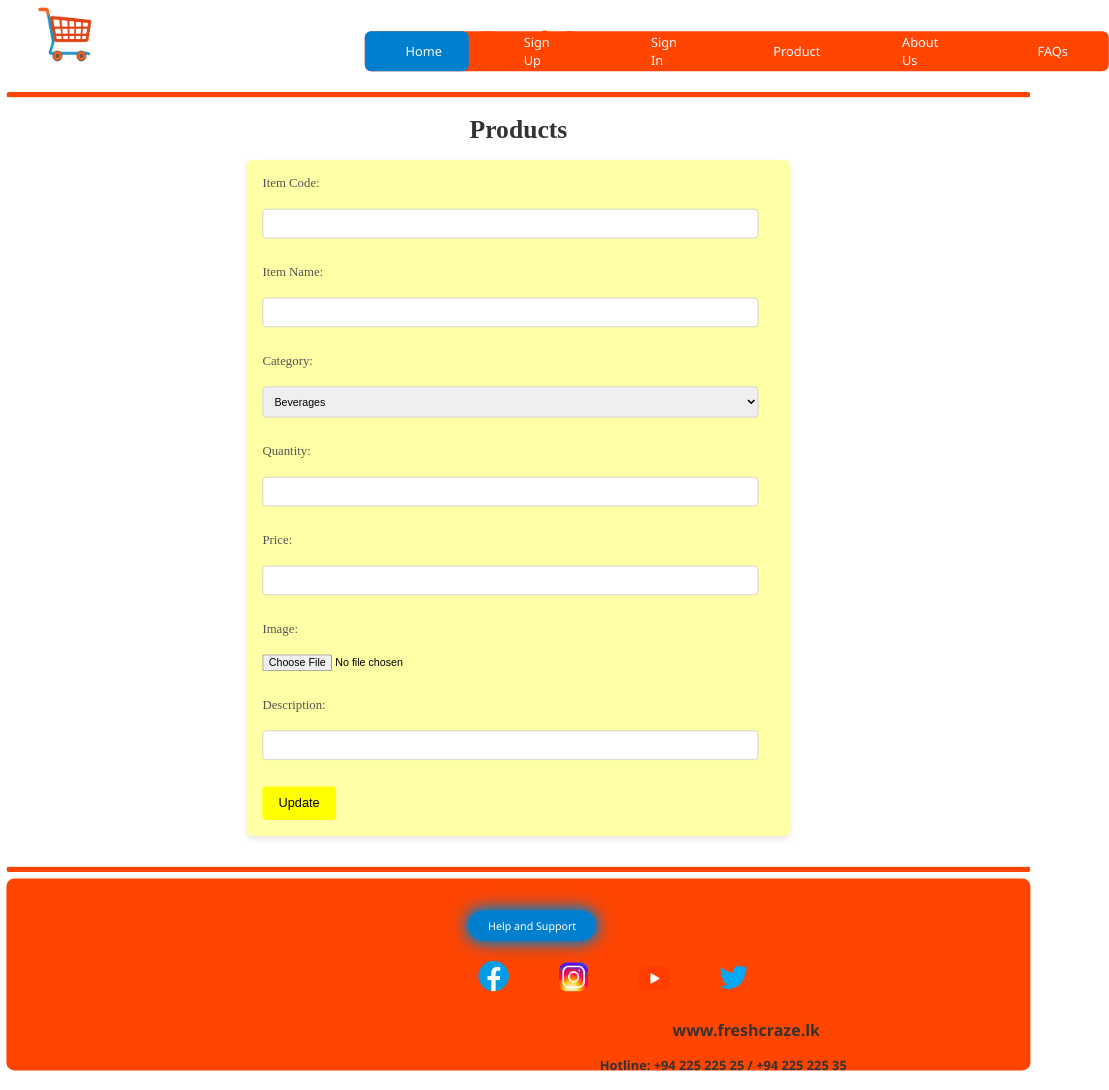
Repository: shanika2002/FreshCraze
Page: http://localhost/itemDem/product.jsp
An editor plug-in stored every save of this project. The page is shown before and after the next save, followed by the edit.
The browser window is 1280 px wide. The page is 1386 px wide, so the pictures cover 1386 px, including what lies to the right of the window. The pictures show the whole page, at 80% of full size.
The page is served by Tomcat 9. Other server files are loaded and not shown.

Above is the page before, as saved 2024-05-11 07:12:35.

### itemDem/src/main/webapp/product.jsp
<%@ page language="java" contentType="text/html; charset=ISO-8859-1"
    pageEncoding="ISO-8859-1"%>

<%@ taglib uri="http://java.sun.com/jsp/jstl/core" prefix= "c" %>

<!DOCTYPE html>
<html>
<head>
<link rel = "stylesheet" href = "css/product.css">
<meta charset="ISO-8859-1">
<title>Insert title here</title>
</head>
<body>

<img src="images\logo.png" class="logo" >

    <h1 class="logo_topic">FreshCraze</h1>

    <nav class="navbar">
        <a href="Home.jsp">Home</a>
        <a href="register.jsp">Sign Up</a>
        <a href="mainLogin.jsp">Sign In</a>
        <a href="addItem.jsp">Product</a>
        <a href="link">About Us</a>
        <a href="link">FAQs</a>
        <span></span>
    </nav>

<hr class="topic_line">

<h1>Products</h1>

<c:set var = "item" value="${item}"/>

<div class="container">



<label for="item_code">Item Code:</label><br>
        <input type="text" id="item_code" name="itemCode" required value="${item.itemCode }"><br><br>

        <label for="item_name">Item Name:</label><br>
        <input type="text" id="item_name" name="itemName" required value="${item.itemName }"><br><br>

        <label for="category">Category:</label><br>
        <select id="category" name="category" required value="${item.category }">
            <option value="Beverages">Beverages</option>
            <option value="Choco & Snacks">Choco & Snacks</option>
            <option value="Food-Staples">Food-Staples</option>
            <option value="Laundry & Household">Laundry & Household</option>

        </select><br><br>

        <label for="quantity">Quantity:</label><br>
        <input type="number" id="quantity" name="quantity" min="0" required value="${item.quantity }"><br><br>

        <label for="price">Price:</label><br>
        <input type="text" id="price" name="price" required value="${item.price }"><br><br>

        <label for="image">Image:</label><br>
        <input type="file" id="image" name="image" value="${item.image }"><br><br>

        <label for="description">Description:</label><br>
        <input type="text" id="description" name="description"  required value="${item.description }"><br><br>

       <form action="updateItem.jsp" method= "post">
       <input type="hidden" name="itemCode" value="${item.itemCode }">
       <input type="hidden" name="itemName" value="${item.itemName }">
       <input type="hidden" name="category" value="${item.category }">
       <input type="hidden" name="quantity" value="${item.quantity }">
       <input type="hidden" name="price" value="${item.price }">
       <input type="hidden" name="image" value="${item.image }">
       <input type="hidden" name="description" value="${item.description }">

       <input type = "submit" value = "Update">

       </form>
</div>

<hr class="footer_line">

<div class="footer">
    <a href="link" target="_blank">
    <button type="button" class="help_button">Help and Support</button>
    </a>

    <div class="fb_icon">
        <a href="https://www.facebook.com/" target="_blank"><img src="images/facebook.png"></a>
    </div>

    <div class="insta_icon">
        <a href="https://www.instagram.com/" target="_blank"><img src="images/insta.png"></a>
    </div>

    <div class="twitt_icon">
        <a href="https://www.twitter.com/" target="_blank"><img src="images/Twitter.png"></a>
    </div>

    <div class="yt_icon">
        <a href="https://www.youtube.com/" target="_blank"><img src="images/yt.png"></a>
    </div>
</div>

<div class="contacts">
    <h1 class="link">www.freshcraze.lk</h1>
    <h1>Hotline: +94 225 225 25 / +94 225 225 35</h1>
</div>
</body>
</html>

### itemDem/src/main/webapp/css/product.css
@charset "ISO-8859-1";

body{
    background-color: #ffffff;
    background-repeat: no-repeat;
    background-attachment: fixed;
    background-position: center;
    width: 100%;
}

.logo{
    width: 70px;
    height: 70px;
    margin-left: 3%;
}

.logo_topic{
    font-family: verdana;
    margin-left: 8%;
    margin-top: -3.9%;
    color: orangered;
}

.navbar{
    margin-left:35%;
    margin-top:-4%;
    padding: 0;
    box-sizing: border-box;
    font-family: 'Segoe UI';
    display: flex;
    justify-content:center;
    align-items: center;
    min-height: 5vh;

    position:relative;
    background-color: orangered;
    border-radius: 8px;
    width: 930px;
    height: 50px;
    display: flex;
}

nav a{
    position: relative;
    display: inline-block;
    font-size: 1em;
    font-weight: 500;
    color: aliceblue;
    text-decoration: none;
    padding: 51px;
    z-index: 1;
}

nav span{
    position: absolute;
    top: 0;
    left: 0;
    width: 130px;
    height: 100%;
    background-color:rgb(0, 127, 206);
    border-radius: 8px;
    transition: .3s;
}

nav a:nth-child(1):hover~span{
    left: 0;
    width: 400;
}

nav a:nth-child(2):hover~span{
    left: 170px;
    width: 110px;
}

nav a:nth-child(3):hover~span{
    left:300px;
    width: 110px;
}

nav a:nth-child(4):hover~span{
    left: 450px;
    width: 150px;
}

nav a:nth-child(5):hover~span{
    left: 650px;
    width: 110px;
}

nav a:nth-child(6):hover~span{
    left: 805px;
    width: 125px;
}



.topic_line{
    border: none;
    margin-top: 2%;
    border-top: 7px solid orangered;
    border-radius: 10px;
}

.help_button{
    box-shadow:0 0 15px rgb(0, 127, 206),0 0 25px rgb(0, 127, 206);
    border: none;
    width: 160px;
    margin-left: 44%;
    font-family: 'Segoe UI';
    padding: 10px 12px;
    color: #ffffff;
    background-color:rgb(0, 127, 206);
    border-radius: 20px;
}

.help_button:hover{
    box-shadow: 0 0 25px rgb(0, 127, 206);
}

.fb_icon{
    margin-left: 560px;
    margin-top: 20px;
}

.insta_icon{
    margin-left: 660px;
    margin-top: -51px;
}

.yt_icon{
    margin-left: 760px;
    margin-top: -51px;
}

.twitt_icon{
    margin-left: 860px;
    margin-top: -51px;
}

.container {
    width: 50%;
    margin: 0 auto;
    padding: 20px;
    border-radius: 8px;
    background-color: #ffffa6;
    box-shadow: 0 4px 8px rgba(0, 0, 0, 0.1);
}

h1 {
    text-align: center;
    margin-bottom: 20px;
    color: #333;
}

label {
    display: block;
    margin-bottom: 5px;
    color: #555;
}

input[type="text"],
input[type="number"],
select,
textarea {
    width: calc(100% - 20px);
    padding: 10px;
    margin-bottom: 15px;
    border: 1px solid #ccc;
    border-radius: 5px;
    box-sizing: border-box;
}

input[type="file"] {
    margin-bottom: 15px;
}

input[type="submit"] {
    background-color: #ffff00;
    color: #000000;
    padding: 12px 20px;
    border: none;
    border-radius: 5px;
    cursor: pointer;
    font-size: 16px;
}

input[type="submit"]:hover {
    background-color: #0056b3;
}


select option:checked {
    font-weight: bold;
    color: #007bff;
}


.footer{
    height: 200px;
    background-color: orangered;
    padding-top: 40px;
    padding-left: 25px;
    border-radius: 10px;
}

.footer_line{
    border: none;
    margin-top: 3%;
    border-top: 7px solid orangered;
    border-radius: 10px;
}

.contacts{
    font-size: 8px;
    color:rgb(255, 255, 255);
    font-family: 'Segoe UI';
    margin-left: 40%;
    margin-top: -5%;
}

.link{
    font-size: 20px ;
    margin-top: -6%;
    margin-left: 7.5%;
}

After the next save:
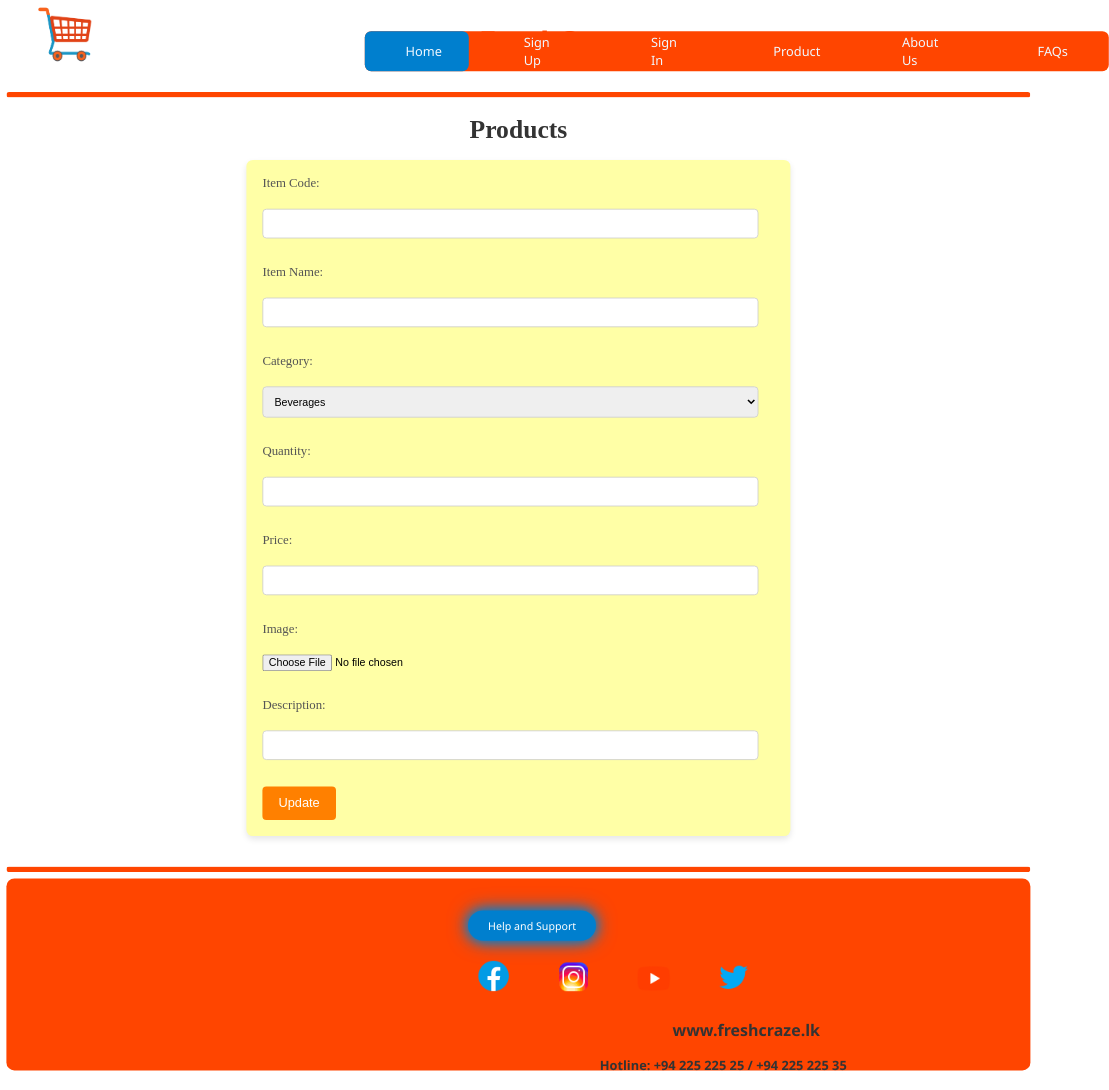
Saved 26 s later.
--- a/itemDem/src/main/webapp/css/product.css
+++ b/itemDem/src/main/webapp/css/product.css
@@ -175,8 +175,8 @@ input[type="file"] {
 }
 
 input[type="submit"] {
-    background-color: #ffff00;
-    color: #000000;
+    background-color: #ff8000;
+    color: #fff;
     padding: 12px 20px;
     border: none;
     border-radius: 5px;
